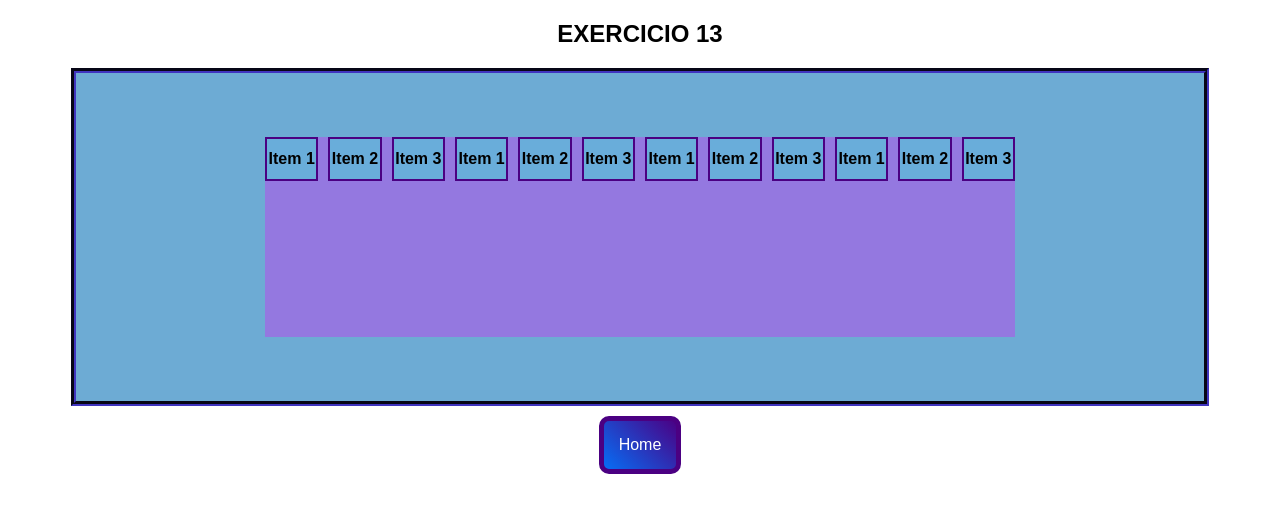
Repository: Elianmrey/TP1-Mobile-First
Page: EXERCISES/EX_13/index.html
These files come from the project's save history. The page is drawn as it stood at one moment and after a run of saves; the edit follows.
The browser window is 1280 px wide. The pictures show the whole page.

Above is the page before, as saved 2024-08-05 16:34:38.

### EXERCISES/EX_13/index.html
<!DOCTYPE html>
<html lang="en">

<head>
  <link href="style.css" rel="stylesheet" type="text/css" />
  <meta charset="UTF-8">
  <meta name="viewport" content="width=device-width, initial-scale=1.0">
  <title>Document</title>
</head>

<body>

  <div class="titulo">
    <h2>EXERCICIO 13</h2>
  </div>

  <div class="container-principal">

    <div class="container-central">

      <div class="item">Item 1</div>
      <div class="item">Item 2</div>
      <div class="item">Item 3 </div>

      <div class="item">Item 1</div>
      <div class="item">Item 2</div>
      <div class="item">Item 3 </div>

      <div class="item">Item 1</div>
      <div class="item">Item 2</div>
      <div class="item">Item 3 </div>

      <div class="item">Item 1</div>
      <div class="item">Item 2</div>
      <div class="item">Item 3 </div>

    </div>


  </div>
  <a href="../../index.html" class="link-home">Home</a>
</body>

</html>

### EXERCISES/EX_13/style.css
body
{
display: flex ;
flex-direction: column;
margin: 0;
padding: 0;
font-family: sans-serif;
justify-content: center;
align-items:center;
}
.titulo
{
  text-align: center;
}

.container-principal
{
  display: flex;
  justify-content: center;
  gap: 10px;
  border: groove 5px rgb(36, 29, 107);
  padding: 5%;
  width: 1000px;
  background-color: rgb(109, 171, 212);
}
.container-central
{
  display: flex;
  flex-direction: row;
  flex
  border: groove 5px blue;
  gap: 10px;
  width: 750px;
  height: 200px;
  justify-content: space-around;
  background-color: rgb(148, 120, 224);
}
 .item
 {
display: flex;
justify-content: center;
align-items: center;
width: 200px;
height: 40px;
list-style: none;
font-family: sans-serif;
font-weight: 600;
border: solid 2px indigo;
 background-color: rgb(105, 173, 218);
}

.link-home
{
  margin-top: auto;
  margin: 10px;
  padding: 15px;
  text-decoration: none;
  color: white;
  border: solid 5px indigo;
  border-radius: 10px;;
  background: linear-gradient(45deg, rgb(6, 110, 245), rgb(74, 1, 133))
}

After the next 2 saves:
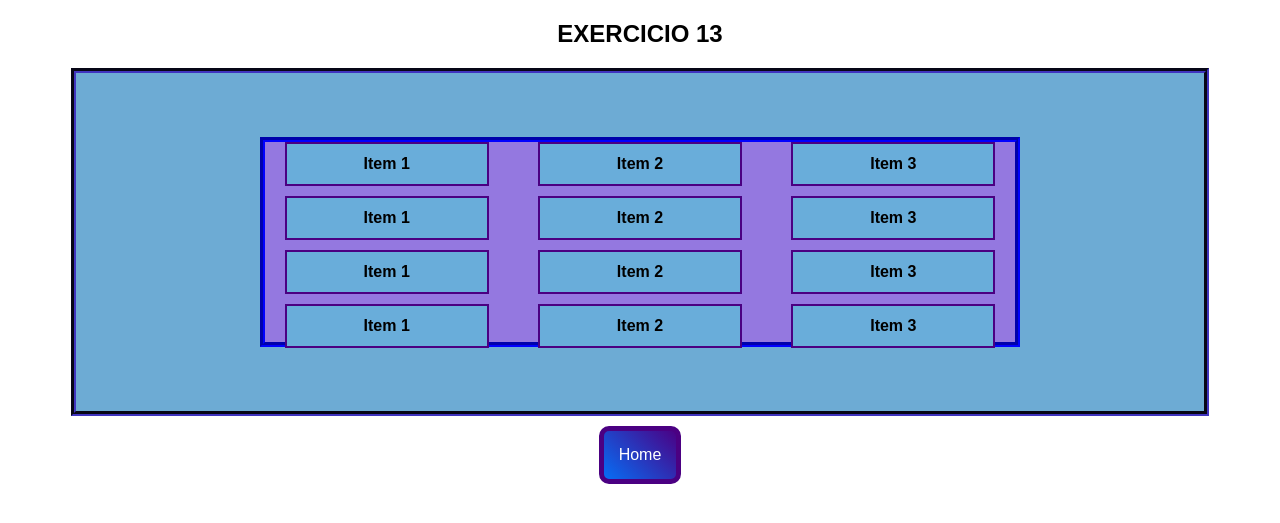
The 2 saves are shown as one change because they came seconds apart.
The last was saved 7 s later.
--- a/EXERCISES/EX_13/style.css
+++ b/EXERCISES/EX_13/style.css
@@ -27,7 +27,7 @@ align-items:center;
 {
   display: flex;
   flex-direction: row;
-  flex
+  flex-wrap: wrap;
   border: groove 5px blue;
   gap: 10px;
   width: 750px;
